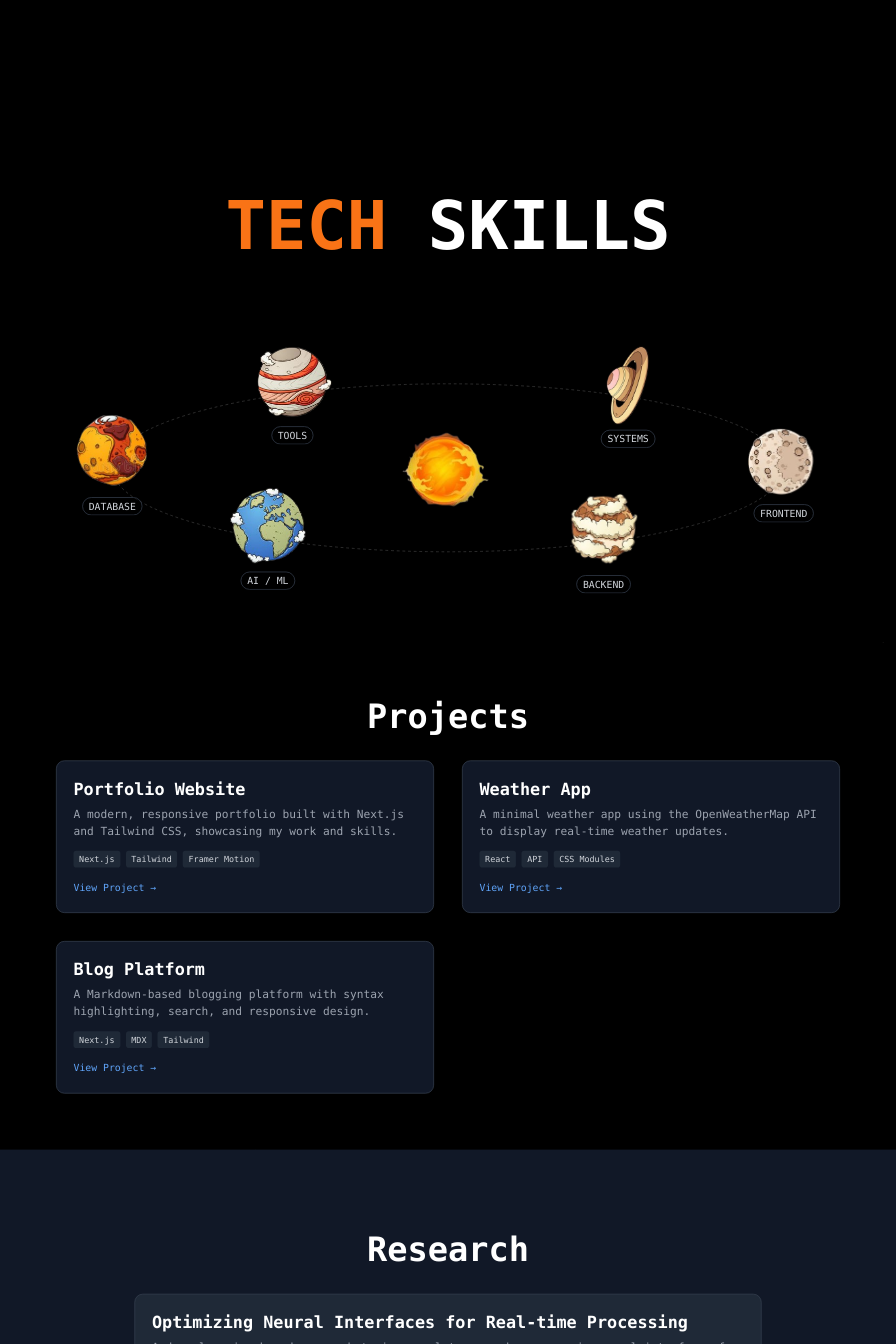
Repository: AnupriyaBiswas/Portfolio
Page: /
An editor plug-in stored every save of this project. The page is shown before and after the next save, followed by the edit.
The browser window is 1280 px wide. The pictures show the part of the page from y = 1405 to 3325 px (the page is 4488 px tall before and 4432 px after), at 70% of full size.
The project was rebuilt for these pictures with package versions that can differ from the ones it lists, and the page was loaded fresh each time. Some packages were replaced by stand-ins written for this rebuild. The framework's server and built-in components were replaced by stand-ins that run in the browser. Also part of the build but not shown: next.config.js.

Above is the page before, as saved 2025-07-15 20:46:04.

After the next save:
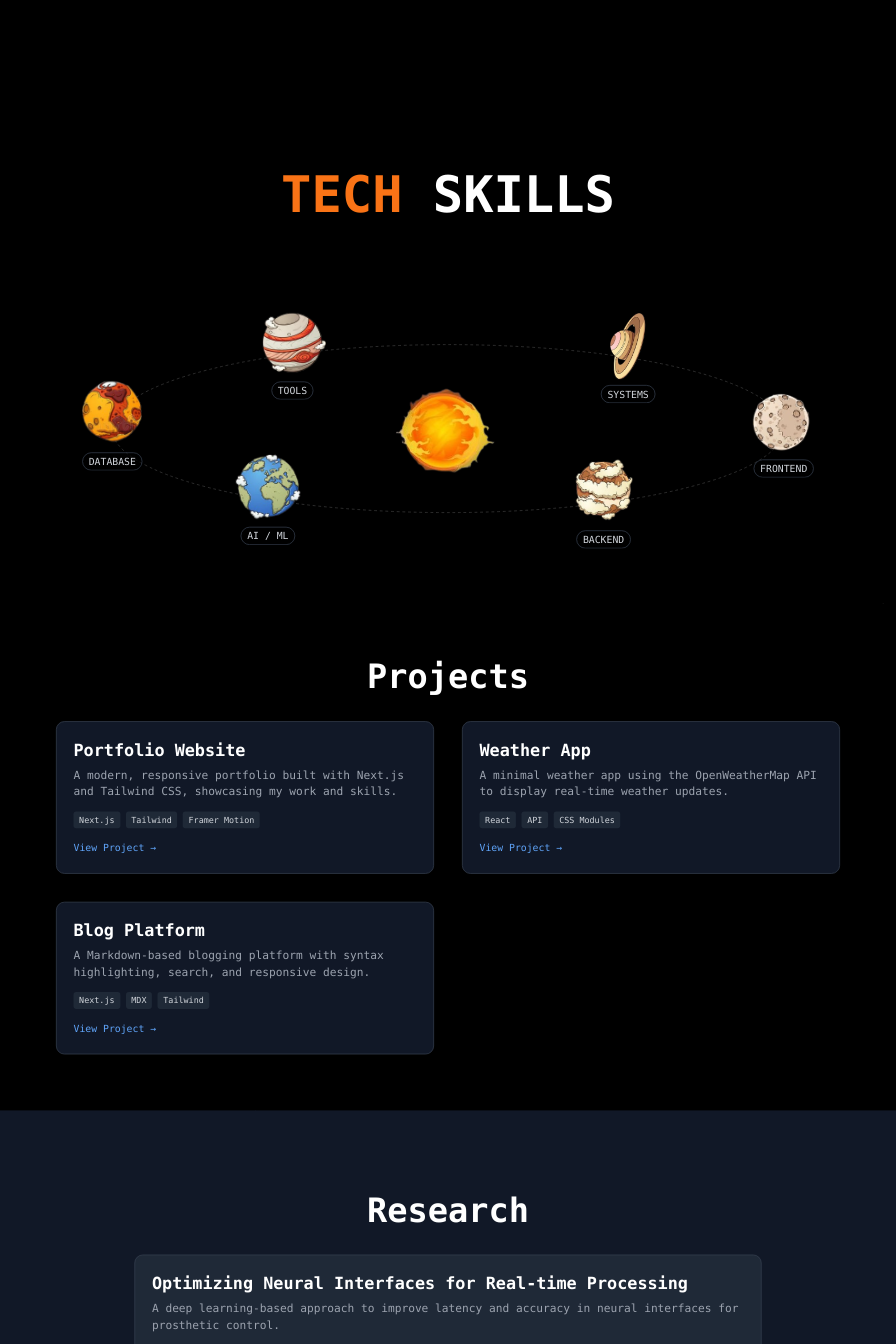
Saved 2 min 25 s later.
--- a/components/Skills.jsx
+++ b/components/Skills.jsx
@@ -2,38 +2,26 @@ import React, { useEffect, useRef, useState } from "react";
 
 const skillsData = {
   FRONTEND: {
-    skills: ["HTML", "CSS", "JavaScript", "TypeScript", "React", "Tailwind CSS", "Bootstrap", "SASS"],
-    color: "from-blue-500 to-cyan-400",
     icon: "skill1.png",
     angle: 0,
   },
   BACKEND: {
-    skills: ["Python", "Java", "Node.js", "REST APIs", "Flask", "C/C++"],
-    color: "from-green-500 to-emerald-400",
     icon: "skill2.png",
     angle: 60,
   },
   "AI / ML": {
-    skills: ["Machine Learning", "TensorFlow", "PyTorch", "Keras", "OpenCV", "NumPy", "Pandas", "Scikit-learn"],
-    color: "from-purple-500 to-pink-400",
     icon: "skill3.png",
     angle: 120,
   },
   DATABASE: {
-    skills: ["MySQL", "MongoDB", "PostgreSQL", "Firebase"],
-    color: "from-orange-500 to-red-400",
     icon: "skill4.png",
     angle: 180,
   },
   TOOLS: {
-    skills: ["Git", "GitHub", "VS Code", "Android Studio", "Jupyter Notebook", "WordPress"],
-    color: "from-indigo-500 to-purple-400",
     icon: "skill5.png",
     angle: 240,
   },
   SYSTEMS: {
-    skills: ["Linux (Ubuntu)", "Windows", "Android", "Data Structures", "Algorithms", "OOP"],
-    color: "from-teal-500 to-cyan-400",
     icon: "skill6.png",
     angle: 300,
   },
@@ -50,6 +38,23 @@ const Skills = () => {
     return () => clearInterval(interval);
   }, []);
 
+  // Responsive orbit radii (updated dynamically)
+  const getOrbitRadii = () => {
+    const width = window.innerWidth;
+
+    if (width < 640) {
+      return { radiusX: 220, radiusY: 180 }; // mobile
+    } else if (width < 768) {
+      return { radiusX: 320, radiusY: 160 }; // tablet
+    } else if (width < 1024) {
+      return { radiusX: 400, radiusY: 140 }; // small desktop
+    } else {
+      return { radiusX: 480, radiusY: 120 }; // large screen
+    }
+  };
+
+  const { radiusX, radiusY } = getOrbitRadii();
+
   return (
     <section
       ref={sectionRef}
@@ -57,16 +62,16 @@ const Skills = () => {
       className="min-h-screen bg-black text-white overflow-x-hidden w-screen"
     >
       {/* Heading */}
-      <div className="pt-44 pb-12 text-center">
-        <h2 className="text-5xl md:text-7xl lg:text-8xl font-bold">
+      <div className="pt-36 pb-12 text-center">
+        <h2 className="text-4xl sm:text-6xl md:text-7xl font-bold">
           <span className="text-orange-500">TECH</span>{" "}
           <span className="text-white">SKILLS</span>
         </h2>
       </div>
 
-      {/* Orbit Container */}
+      {/* Solar System */}
       <div className="relative h-[500px] w-[100vw] max-w-none overflow-hidden mx-auto flex items-center justify-center">
-        {/* Stars */}
+        {/* Background Stars */}
         <div className="absolute inset-0 -z-10">
           {[...Array(100)].map((_, i) => (
             <div
@@ -85,7 +90,7 @@ const Skills = () => {
         <img
           src="assets/star.png"
           alt="Central Star"
-          className="absolute w-40 h-40 z-20 object-contain"
+          className="absolute w-24 sm:w-32 md:w-40 h-auto z-20 object-contain"
         />
 
         {/* Orbit SVG */}
@@ -98,8 +103,8 @@ const Skills = () => {
             <ellipse
               cx="500"
               cy="150"
-              rx="480"
-              ry="120"
+              rx={radiusX}
+              ry={radiusY}
               fill="none"
               stroke="white"
               strokeDasharray="4 4"
@@ -110,10 +115,7 @@ const Skills = () => {
 
         {/* Planets */}
         {Object.entries(skillsData).map(([category, data]) => {
-          const radiusX = 480;
-          const radiusY = 120;
           const angle = ((data.angle + rotation) * Math.PI) / 180;
-
           const x = Math.cos(angle) * radiusX;
           const y = Math.sin(angle) * radiusY;
 
@@ -128,10 +130,10 @@ const Skills = () => {
               <img
                 src={`assets/${data.icon}`}
                 alt={category}
-                className="w-28 h-28 object-contain hover:scale-110 transition-transform duration-300"
+                className="w-16 h-16 sm:w-20 sm:h-20 md:w-24 md:h-24 object-contain hover:scale-110 transition-transform duration-300"
                 title={category}
               />
-              <span className="mt-2 text-sm text-gray-300 bg-black/60 px-2 py-0.5 rounded-full border border-gray-700">
+              <span className="mt-2 text-xs sm:text-sm text-gray-300 bg-black/60 px-2 py-0.5 rounded-full border border-gray-700">
                 {category}
               </span>
             </div>
